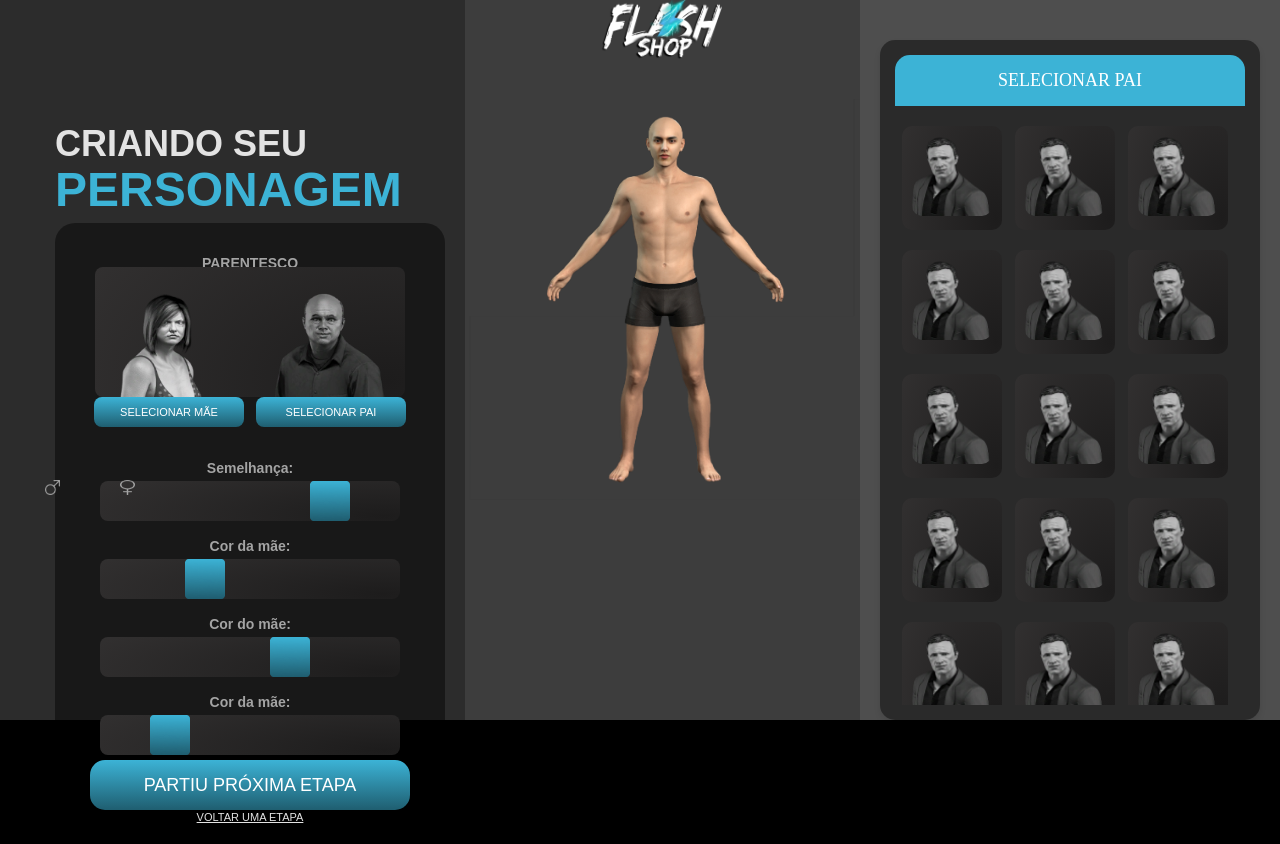
Repository: DuMCorrea/CriandoPerso
Page: index.html
The author's editor kept a copy of each file at every save. The page is drawn from the files as they stood at one save, then again after the next save.
The browser window is 1280 px wide. The pictures show the whole page.

Above is the page before, as saved 2024-09-06 14:10:12.

### index.html
<!DOCTYPE html>
<html lang="en">
<head>
    <meta charset="UTF-8">
    <meta name="viewport" content="width=device-width, initial-scale=1.0">
    <title>Dividindo a Tela com Imagens</title>
    <link rel="stylesheet" href="styles.css">
</head>
<body>
    <div class="container">
        <div class="left">
            <h1 class="title">
                <span class="part1">CRIANDO SEU</span>
                <span class="part2">PERSONAGEM</span>
            </h1>
            <div class="vertical-rectangle">
                <div class="title-container">
                    <h2 class="parentesco-title">PARENTESCO</h2>
                </div>
                <div class="image-rectangle">
                    <img src="assets/mulher.png" alt="Imagem 1" class="rectangle-image">
                    <img src="assets/homem.png" alt="Imagem 2" class="rectangle-image">
                </div>
                <div class="button-group">
                    <button class="top-button">SELECIONAR MÃE</button>
                    <button class="top-button">SELECIONAR PAI</button>
                </div>
                <div class="rectangles-group">
                    <div class="image-container">
                        <img src="assets/Fem.png" alt="Imagem 1" class="small-image left-image">
                        <img src="assets/Masc.png" alt="Imagem 2" class="small-image right-image">
                    </div>
                    <div class="rectangle-title">Semelhança:</div>
                    <div class="gradient-rectangle">
                        <img src="assets/quadradoAzul.png" alt="Imagem 1" class="small-image1">
                    </div>

                    <div class="rectangle-title">Cor da mãe:</div>
                    <div class="gradient-rectangle">
                        <img src="assets/quadradoAzul.png" alt="Imagem 2" class="small-image2">
                    </div>

                    <div class="rectangle-title">Cor do mãe:</div>
                    <div class="gradient-rectangle">
                        <img src="assets/quadradoAzul.png" alt="Imagem 3" class="small-image3">
                    </div>

                    <div class="rectangle-title">Cor da mãe:</div>
                    <div class="gradient-rectangle">
                        <img src="assets/quadradoAzul.png" alt="Imagem 4" class="small-image4">
                    </div>
                </div>
                <button class="rectangle-button">PARTIU PRÓXIMA ETAPA</button>
                <button class="back-button">VOLTAR UMA ETAPA</button>
            </div>
        </div>
        <div class="center">
            <img src="assets/FlashStore 1 (1).png" alt="Imagem 1" class="top-image">
            <img src="assets/boneco 2.png" alt="Imagem 2" class="center-image">
        </div>
        <div class="right">
            <div class="novo-retangulo">
                <div class="titulo-retangulo">SELECIONAR PAI</div>
                <div class="conteudo-scroll">
                    <div class="imagens-container">
                        <div class="imagem-wrapper">
                            <img src="assets/homemQuadrado.png" alt="Imagem 1">
                        </div>
                        <div class="imagem-wrapper">
                            <img src="assets/homemQuadrado.png" alt="Imagem 2">
                        </div>
                        <div class="imagem-wrapper">
                            <img src="assets/homemQuadrado.png" alt="Imagem 3">
                        </div>
                    </div>
                    <div class="imagens-container">
                        <div class="imagem-wrapper">
                            <img src="assets/homemQuadrado.png" alt="Imagem 1">
                        </div>
                        <div class="imagem-wrapper">
                            <img src="assets/homemQuadrado.png" alt="Imagem 2">
                        </div>
                        <div class="imagem-wrapper">
                            <img src="assets/homemQuadrado.png" alt="Imagem 3">
                        </div>
                    </div>
                    <div class="imagens-container">
                        <div class="imagem-wrapper">
                            <img src="assets/homemQuadrado.png" alt="Imagem 1">
                        </div>
                        <div class="imagem-wrapper">
                            <img src="assets/homemQuadrado.png" alt="Imagem 2">
                        </div>
                        <div class="imagem-wrapper">
                            <img src="assets/homemQuadrado.png" alt="Imagem 3">
                        </div>
                    </div>
                    <div class="imagens-container">
                        <div class="imagem-wrapper">
                            <img src="assets/homemQuadrado.png" alt="Imagem 1">
                        </div>
                        <div class="imagem-wrapper">
                            <img src="assets/homemQuadrado.png" alt="Imagem 2">
                        </div>
                        <div class="imagem-wrapper">
                            <img src="assets/homemQuadrado.png" alt="Imagem 3">
                        </div>
                    </div>
                    <div class="imagens-container">
                        <div class="imagem-wrapper">
                            <img src="assets/homemQuadrado.png" alt="Imagem 1">
                        </div>
                        <div class="imagem-wrapper">
                            <img src="assets/homemQuadrado.png" alt="Imagem 2">
                        </div>
                        <div class="imagem-wrapper">
                            <img src="assets/homemQuadrado.png" alt="Imagem 3">
                        </div>
                    </div>
                    <div class="imagens-container">
                        <div class="imagem-wrapper">
                            <img src="assets/homemQuadrado.png" alt="Imagem 1">
                        </div>
                        <div class="imagem-wrapper">
                            <img src="assets/homemQuadrado.png" alt="Imagem 2">
                        </div>
                        <div class="imagem-wrapper">
                            <img src="assets/homemQuadrado.png" alt="Imagem 3">
                        </div>
                    </div>
                    <!-- Continue repetindo conforme necessário -->
                </div>
            </div>
        </div>

    </div>
</body>

</html>

### styles.css
body, html {
    margin: 0;
    padding: 0;
    height: 100%;
    display: flex;
    justify-content: center;
    align-items: center;
    background-color: #000; /* Fundo escuro */
}

.container {
    display: flex;
    width: 100%;
    height: 100%;
}

.container > div {
    flex: 1; /* Cada div ocupa 1/3 do espaço disponível */
    height: 100%;
    padding: 20px;
    box-sizing: border-box;
}



/* PARTE ESQUERDA */



.left {
    background-color: #2c2c2c;
    display: flex;
    flex-direction: column;
    justify-content: flex-start;
    align-items: flex-start;

}

.title {
    margin: 100px 0 0 0; /* Adiciona margem superior para mover o título para baixo */
    padding: 0;
}

.part1 {
    font-family: 'Baloo Bhai', sans-serif;
    font-size: 36px;
    font-weight: 700; /* Aumenta o peso da fonte para deixá-la mais grossa */
    line-height: 48px;
    text-align: left;
    color: #E3E3E3;
    display: block;
    margin-bottom: -10px; /* Reduz a distância entre as duas partes do título */
    margin-left: 35px;
}

.part2 {
    font-family: 'Baloo Bhai', sans-serif;
    font-size: 48px;
    font-weight: 700; /* Aumenta o peso da fonte para deixá-la mais grossa */
    line-height: 64px;
    text-align: left;
    color: #3CB3D6;
    display: block;
    margin-left: 35px;
}

.vertical-rectangle {
    width: 390px; /* Largura do retângulo */
    height: 660px; /* Altura do retângulo */
    background: #00000075; /* Cor de fundo com opacidade */
    border-radius: 20px; /* Bordas arredondadas */
    margin-left: 35px; /* Alinhamento com o título */
    margin-top: 1px; /* Espaço entre o título e o retângulo */
    display: flex;
    flex-direction: column;
    justify-content: space-between; /* Distribui o espaço */
    align-items: center; /* Centraliza os conteúdos */
}


.rectangle-button {
    width: 320px; /* Largura do botão */
    height: 50px; /* Altura do botão */
    background: linear-gradient(180deg, #3CB3D6 0%, #1F5E70 100%); /* Gradiente de cor */
    border-radius: 15px; /* Bordas arredondadas */
    border: none; /* Remove borda padrão do botão */
    color: white; /* Cor do texto */
    font-family: 'Baloo Bhai', sans-serif;
    font-size: 18px; /* Tamanho do texto */
    display: flex;
    justify-content: center; /* Centraliza horizontalmente */
    align-items: center; /* Centraliza verticalmente */
    margin-bottom: -15px; /* Ajusta o espaçamento superior */
    cursor: pointer;
}

.back-button {
    background: none; /* Remove o fundo */
    border: none; /* Remove a borda */
    color: #E3E3E3; /* Cor do texto */
    font-family: 'Baloo Bhai', sans-serif;
    font-size: 11px; /* Tamanho do texto */
    margin-bottom: 20px; /* Espaçamento superior ajustado */
    margin-top: 10px;
    text-decoration: underline; /* Adiciona sublinhado */
    cursor: pointer; /* Muda o cursor ao passar por cima */
}


.button-group {
    display: flex;
    justify-content: space-between; /* Espaça os botões igualmente */
    width: 0%; /* Largura igual à do retângulo */
    padding: 10px 20px; /* Adiciona espaçamento ao redor dos botões */
}

.top-button {
    width: 50px; /* Largura dos botões */
    height: 40px; /* Altura dos botões */
    background: linear-gradient(180deg, #3CB3D6 0%, #1F5E70 100%); /* Gradiente de cor */
    border-radius: 15px; /* Bordas arredondadas */
    border: none; /* Remove borda padrão do botão */
    color: white; /* Cor do texto */
    font-family: 'Baloo Bhai', sans-serif;
    font-size: 16px; /* Tamanho do texto */
    display: flex;
    justify-content: center; /* Centraliza horizontalmente */
    align-items: center; /* Centraliza verticalmente */
    cursor: pointer;
}




.gradient-rectangle {
    width: 300px; /* Largura igual ao botão */
    height: 40px; /* Altura padrão para cada retângulo, ajuste conforme necessário */
    background: radial-gradient(547.21% 823.76% at 94.51% 88.04%, #1D1C1C 0%, #837E7E 100%);
    border-radius: 8px; /* Bordas arredondadas, igual ao botão */
    margin-bottom: 1px; /* Diminui a distância entre os retângulos */
    margin-top: 38px;
    margin-left: 0px;
}

.rectangle-title {
    width: 300px; /* Largura igual ao botão e retângulos */
    height: 30px; /* Altura do título */
    border-radius: 8px; /* Bordas arredondadas */
    display: flex;
    align-items: center; /* Centraliza verticalmente o texto */
    justify-content: center; /* Centraliza horizontalmente o texto */
    color: #A4A4A4; /* Cor do texto */
    font-weight: 700;
    font-family: 'Baloo Bhai', sans-serif;
    font-size: 14px; /* Tamanho do texto */
    margin-bottom: -40px; /* Espaçamento entre o título e o retângulo */
    margin-top: 10px;

}

.image-container {
    width: 50%;
    display: flex;
    justify-content: space-between; /* Coloca uma imagem em cada lado */
    position: absolute; /* As imagens ficam fora do fluxo normal */
    top: 35px; /* Ajusta a posição acima do retângulo */
    padding: 0 10px; /* Espaçamento lateral entre as bordas */
}

.small-image {
    width: 15px; /* Define o tamanho da imagem */
    height: 15px;
}

.left-image {
    position: relative;
    left: 10px;
    top: 445px;
}

.right-image {
    position: relative;
    right: 690px;
    top: 445px
}

.small-image1 {
    width: 40px;
    height: 40px;
    left: 210px;
    position: relative;
}
.small-image2 {
    width: 40px;
    height: 40px;
    left: 85px;
    position: relative;
}
.small-image3 {
    width: 40px;
    height: 40px;
    left: 170px;
    position: relative;
}
.small-image4 {
    width: 40px;
    height: 40px;
    left: 50px;
    position: relative;
}

.button-group {
    display: flex;
    justify-content: space-between; /* Espaça os botões igualmente */
    width: 80%; /* Largura do grupo de botões */
    height: 1%;
    top: -15px;
    position: relative;
}

.top-button {
    width: 150px; /* Largura dos botões */
    height: 30px; /* Altura dos botões */
    background: linear-gradient(180deg, #3CB3D6 0%, #1F5E70 100%); /* Gradiente de cor */
    border-radius: 8px; /* Bordas arredondadas */
    border: none; /* Remove borda padrão do botão */
    color: white; /* Cor do texto */
    font-family: 'Baloo Bhai', sans-serif;
    font-size: 11px; /* Tamanho do texto */
    cursor: pointer;
}

.rectangles-group {
    margin-top: 10px; /* Ajusta o espaçamento superior */
}

.image-rectangle {
    width: 290px; /* Largura do retângulo */
    height: 130px; /* Altura do retângulo */
    background: radial-gradient(547.21% 823.76% at 94.51% 88.04%, #1D1C1C 0%, #837E7E 100%); /* Gradiente de fundo */
    border-radius: 8px; /* Bordas arredondadas */
    display: flex;
    justify-content: space-between; /* Espaça as imagens igualmente */
    align-items: center; /* Centraliza verticalmente */
    padding: 0 10px; /* Espaçamento lateral interno */
    position: relative;
    top: 0px;
}

.rectangle-image {
    width: 110px; /* Largura das imagens */
    height: 110px; /* Altura das imagens */
    position: relative;
    right: 10px;
    top: 10px;
    bottom: 0px;
}

/* Estilo para o novo título sem fundo */
.title-container {
    width: 0%;
    display: flex;
    justify-content: center; /* Centraliza o título horizontalmente */
    margin-bottom: 0; /* Remove o espaço entre o título e o retângulo de imagens */
}

.parentesco-title {
    color: #A4A4A4; /* Cor do texto */
    font-family: 'Baloo Bhai', sans-serif;
    font-size: 14px; /* Tamanho do texto */
    font-weight: bold;
    text-align: center; /* Centraliza o texto dentro do título */
    position: relative;
    top: 20px;
}

/* PARTE CENTRAL */



.center {
    background-color: #3d3d3d; /* Cor de fundo para a div central */
    display: flex;
    flex-direction: column;
    align-items: center;
    justify-content: space-between; /* Distribui o espaço entre as imagens */
}


.top-image {
    max-width: 40%;
    height: auto;
    margin-top: -60px;
}

.center-image {
    max-width: 200%;
    height: auto;
    margin-top: auto; /* Centraliza verticalmente */
    margin-bottom: 200px;
}


/* PARTE DIREITA */



.right {
    background-color: #4e4e4e;
}

.novo-retangulo {
    width: 350px;
    height: 650px;
    background-color: rgba(0, 0, 0, 0.46);
    border-radius: 15px;
    margin: 20px auto;
    padding: 15px;
    box-shadow: 0 4px 6px rgba(0, 0, 0, 0.1);
    display: flex;
    flex-direction: column;
}

.titulo-retangulo {
    background-color: #3CB3D6;
    color: white;
    font-size: 18px;
    text-align: center;
    padding: 15px;
    border-radius: 15px 15px 0 0;
    box-sizing: border-box;
    margin-bottom: 20px;
}

.conteudo-scroll {
    flex-grow: 1; /* Faz o contêiner de rolagem ocupar o espaço restante */
    overflow-y: auto;
    padding-right: 10px;
}

.imagens-container {
    display: flex;
    justify-content: space-around;
    margin-bottom: 20px; /* Espaço entre as imagens e o próximo grupo */
}

.imagem-wrapper {
    background: radial-gradient(547.21% 823.76% at 94.51% 88.04%, #1D1C1C 0%, #837E7E 100%);
    border-radius: 10px;
    padding: 10px;
}

.imagem-wrapper img {
    width: 80px;
    height: 80px;
    border-radius: 10px;
}

.conteudo-scroll::-webkit-scrollbar {
    width: 10px;
}

.conteudo-scroll::-webkit-scrollbar-thumb {
    background: linear-gradient(180deg, #3CB3D6 0%, #1F5E70 100%);
    border-radius: 10px;
}

.conteudo-scroll::-webkit-scrollbar-track {
    background-color: transparent;
}

After the next save:
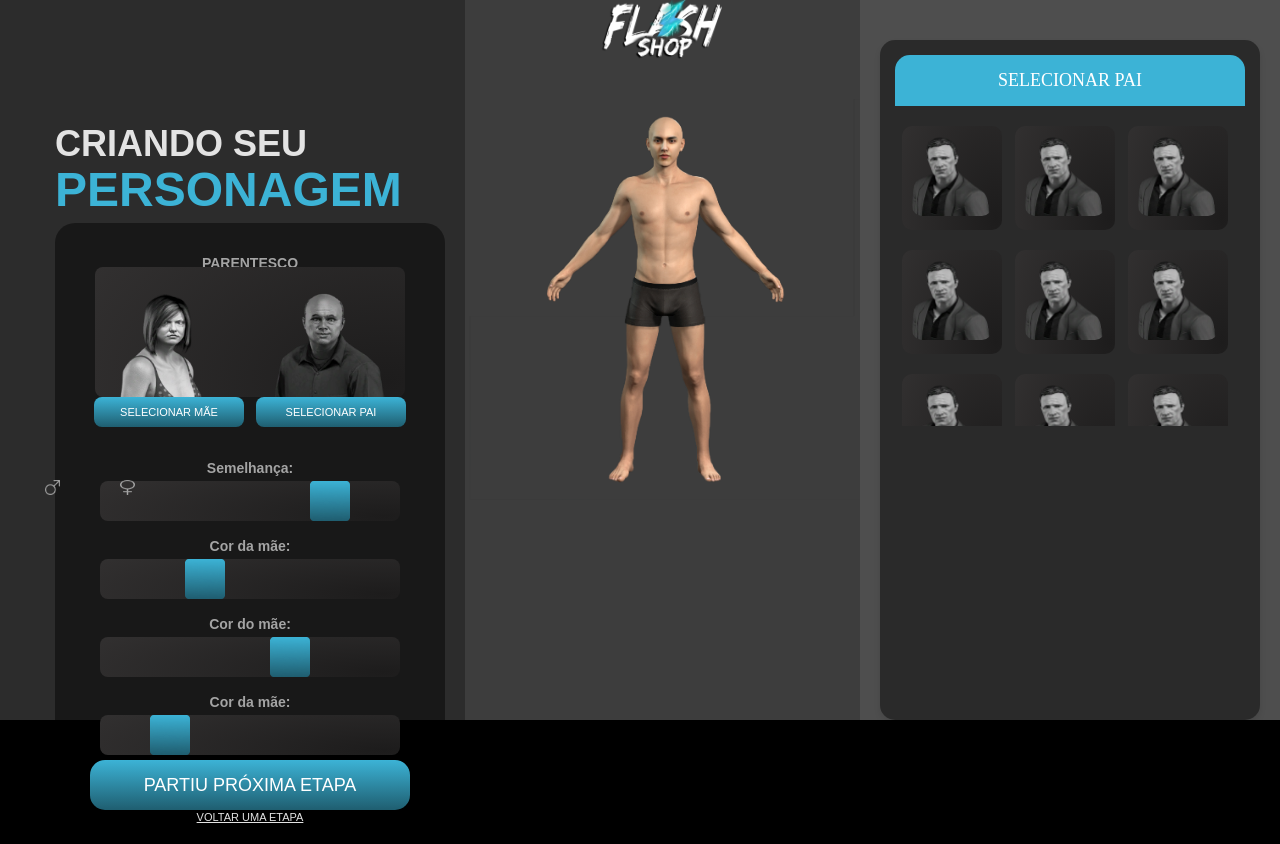
Saved 114 s later.
--- a/styles.css
+++ b/styles.css
@@ -336,6 +336,7 @@
     flex-grow: 1; /* Faz o contêiner de rolagem ocupar o espaço restante */
     overflow-y: auto;
     padding-right: 10px;
+    max-height: 300px; /* Definindo uma altura máxima para a área de rolagem */
 }
 
 .imagens-container {

After the save that followed:
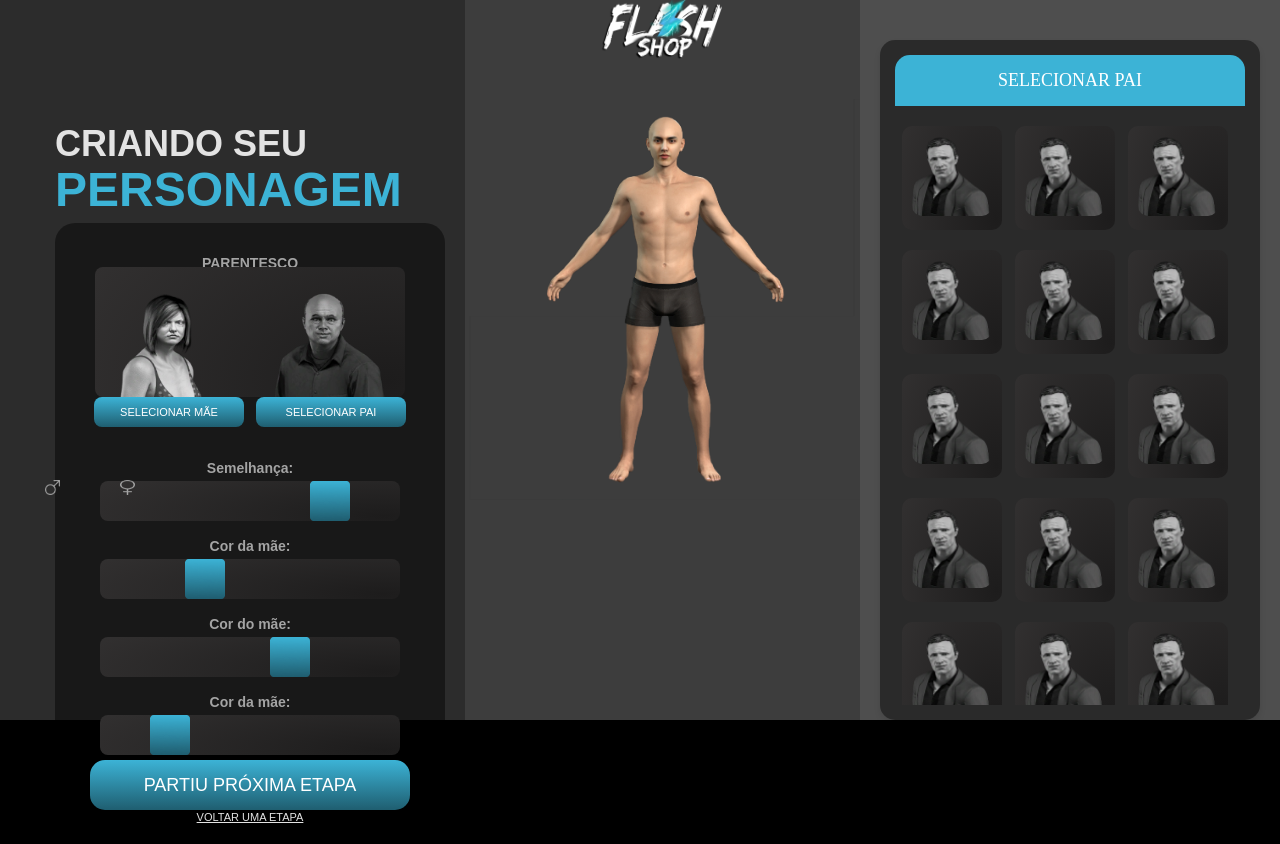
Saved 9 s later.
--- a/styles.css
+++ b/styles.css
@@ -336,7 +336,6 @@
     flex-grow: 1; /* Faz o contêiner de rolagem ocupar o espaço restante */
     overflow-y: auto;
     padding-right: 10px;
-    max-height: 300px; /* Definindo uma altura máxima para a área de rolagem */
 }
 
 .imagens-container {
